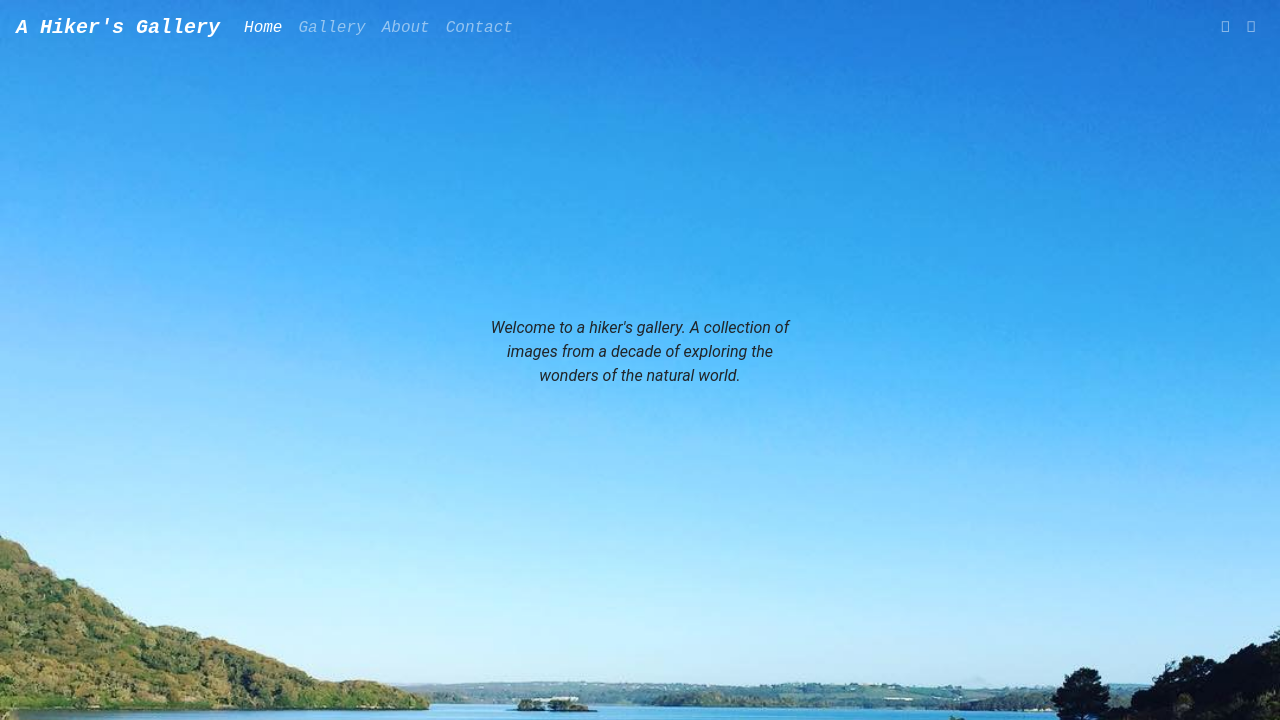
Repository: S-Perring/hiker
Page: index.html
The author's editor kept a record of every edit. The page is drawn from the files as they stood at one moment, then again after the next edit.
The browser window is 1280 px wide. The pictures show the whole page.

Above is the page before.

### index.html
<!DOCTYPE html>
<html lang="en">
<head>
    <meta charset="UTF-8">
    <meta name="viewport" content="width=device-width, initial-scale=1.0">
    <meta http-equiv="X-UA-Compatible" content="ie=edge">
    <link rel="stylesheet" href="https://stackpath.bootstrapcdn.com/bootstrap/4.3.1/css/bootstrap.min.css" type="text/css" />
    <link rel="stylesheet" href="https://stackpath.bootstrapcdn.com/font-awesome/4.7.0/css/font-awesome.min.css" type="text/css" />
    <link rel="stylesheet" href="css/style.css" type="text/css" />
    <title>Hiker's Gallery</title>
</head>

<body>

<header>
  <nav class="navbar fixed-top navbar-expand-lg navbar-dark scrolling-navbar">
    <a class="navbar-brand" href="#"><strong>A Hiker's Gallery</strong></a>
    <button class="navbar-toggler" type="button" data-toggle="collapse" data-target="#navbarSupportedContent"
      aria-controls="navbarSupportedContent" aria-expanded="false" aria-label="Toggle navigation">
      <span class="navbar-toggler-icon"></span>
    </button>
    <div class="collapse navbar-collapse" id="navbarSupportedContent">
      <ul class="navbar-nav mr-auto">
        <li class="nav-item active">
          <a class="nav-link" href="#">Home <span class="sr-only">(current)</span></a>
        </li>
        <li class="nav-item">
          <a class="nav-link" href="#">Gallery</a>
        </li>
        <li class="nav-item">
          <a class="nav-link" href="#">About</a>
        </li>
        <li class="nav-item">
          <a class="nav-link" href="#">Contact</a>
        </li>
      </ul>
      <ul class="navbar-nav nav-flex-icons">
        <li class="nav-item">
          <a class="nav-link"><i class="fab fa-facebook-f"></i></a>
        </li>
        <li class="nav-item">
          <a class="nav-link"><i class="fab fa-instagram"></i></a>
        </li>
      </ul>
    </div>
  </nav>

</header>

<section>
    <div class="main-pic">

        <div class="Greeting">
            <p>Welcome to a hiker's gallery. A collection of images from a decade of exploring the wonders of the natural world.</p>
        </div>
    </div>


</section>

<footer>

</footer>


</body>

</html>

### css/style.css
.nav-link {
    color: #f0ece1;
    font-weight: 200;
    font-style: italic;
}


.main-pic {
    background-image: url(../css/images/IMG_5437.JPG);
    background-size: cover;
    max-width: 100%;
    height: 100vh;
    padding: 0;
    display: flex;
    align-items: center;
    justify-content: center;
    position: relative;
    background-repeat: no-repeat;

}

.container {
    margin: 0;
    margin-right: 0;
    padding: 0;

}



.navbar-brand {
    font: 'Apple Chancery', sans-serif;
    font-size: x-large;
    font-style: italic;
    color: #f0ece1;
}

p {
    font-family: 'Roboto', sans-serif;
    text-align: center;
    font-style: italic;

}

footer {
    position: relative;
    font-family: 'Roboto';
    font-style: italic;
    background-color: rgba(255, 255, 128, .5);
}

p {
    padding: 30%;
}

body {
    font-family: monospace;
}

After the next edit:
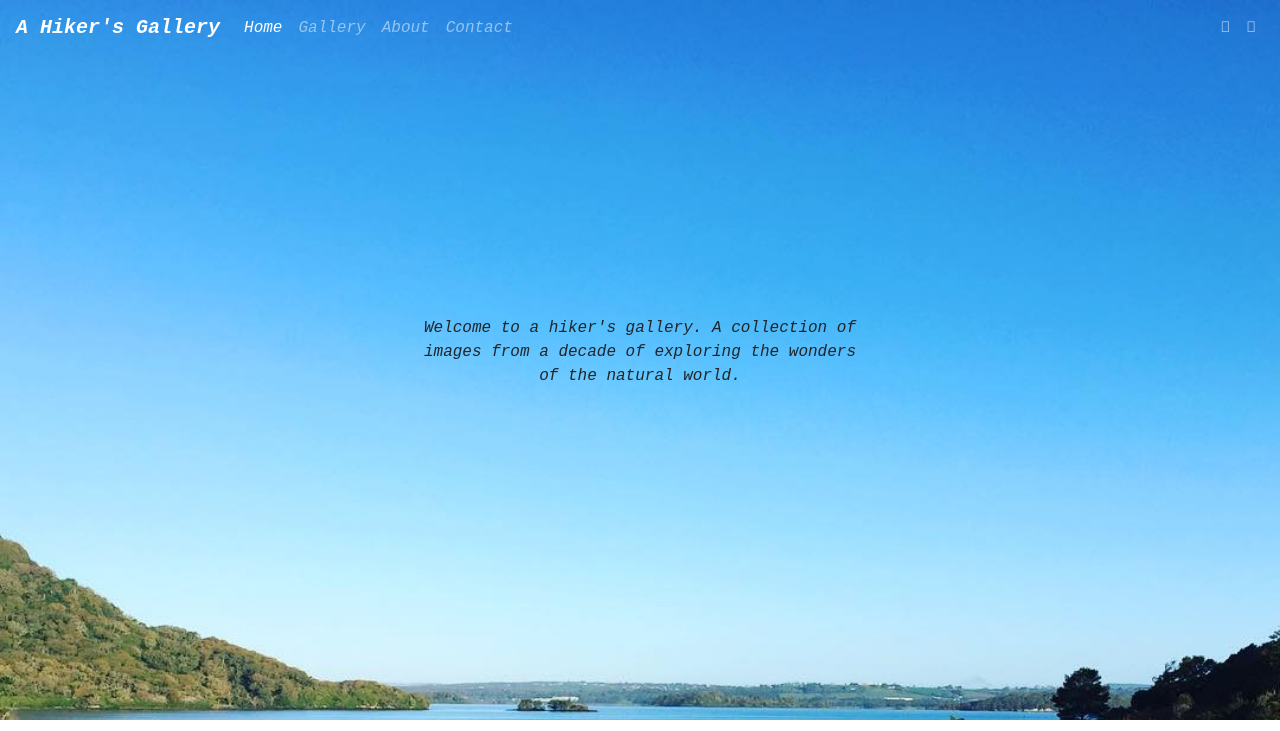
The edit:
--- a/css/style.css
+++ b/css/style.css
@@ -36,7 +36,6 @@
 }
 
 p {
-    font-family: 'Roboto', sans-serif;
     text-align: center;
     font-style: italic;
 
